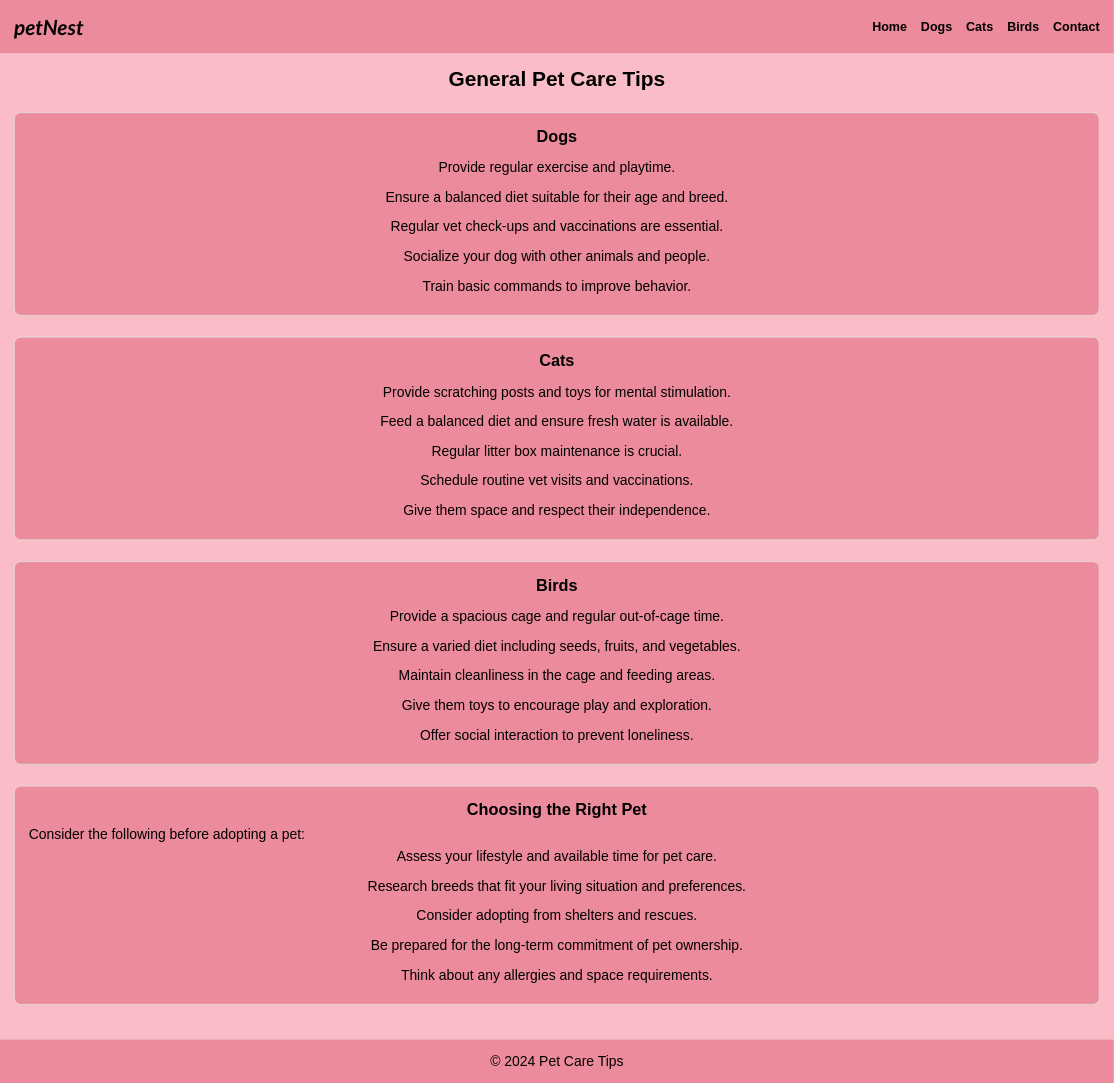
Repository: SHAHZADcodr/pet_care
Page: pages/tips.html
The author's editor kept a copy of each file at every save. The page is drawn from the files as they stood at one save, then again after the next save.
The browser window is 1280 px wide. The pictures show the whole page, at 87% of full size.

Above is the page before, as saved 2024-11-04 23:25:46.

After the next save:
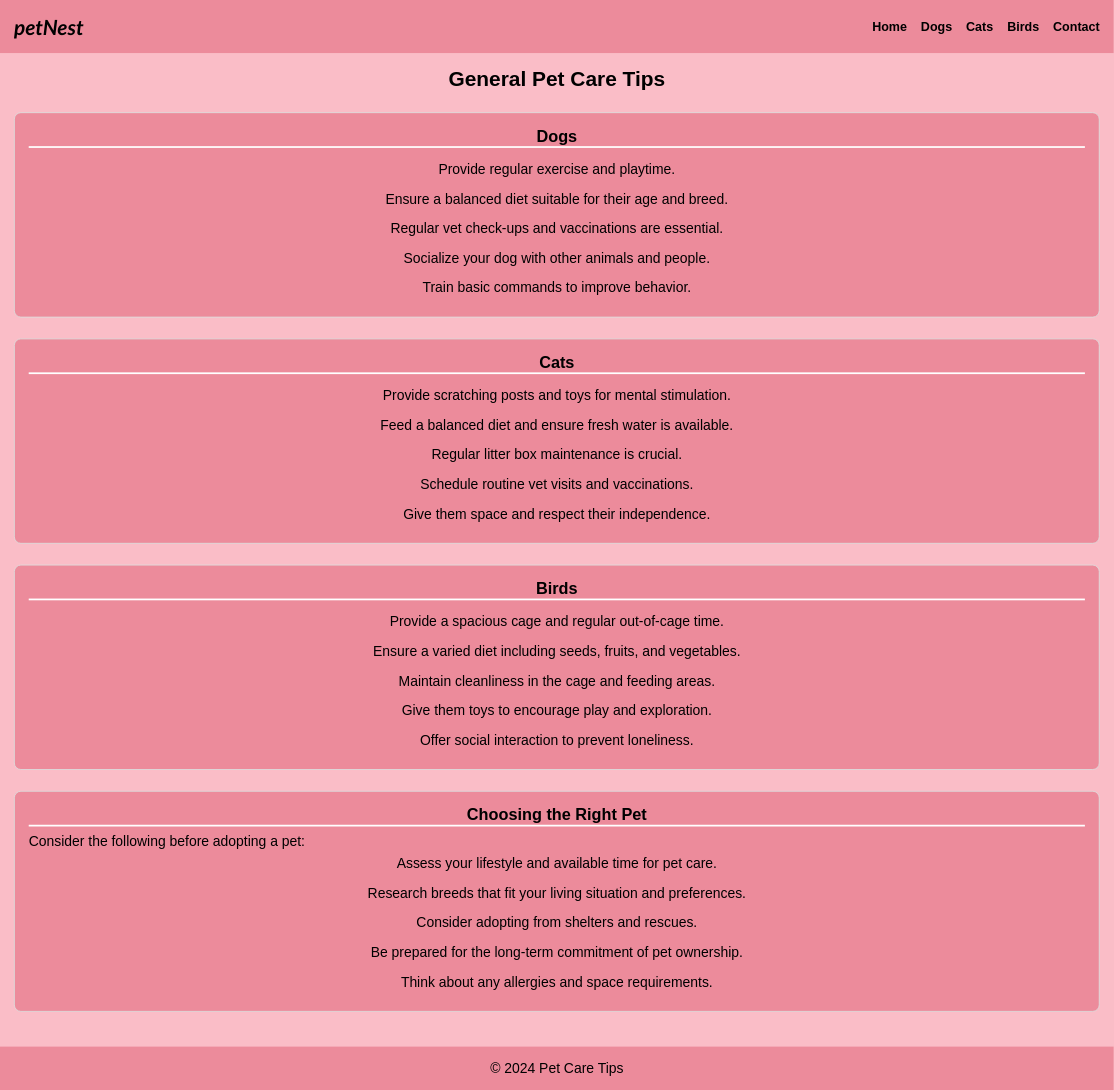
Saved 6 s later.
--- a/pages/tips.css
+++ b/pages/tips.css
@@ -91,7 +91,7 @@ section ul li {
 h3 {
     margin-bottom: 0.5rem;
     text-align:center;
-    border-bottom:;
+    border-bottom:2px solid white;
 }
 
 footer {
